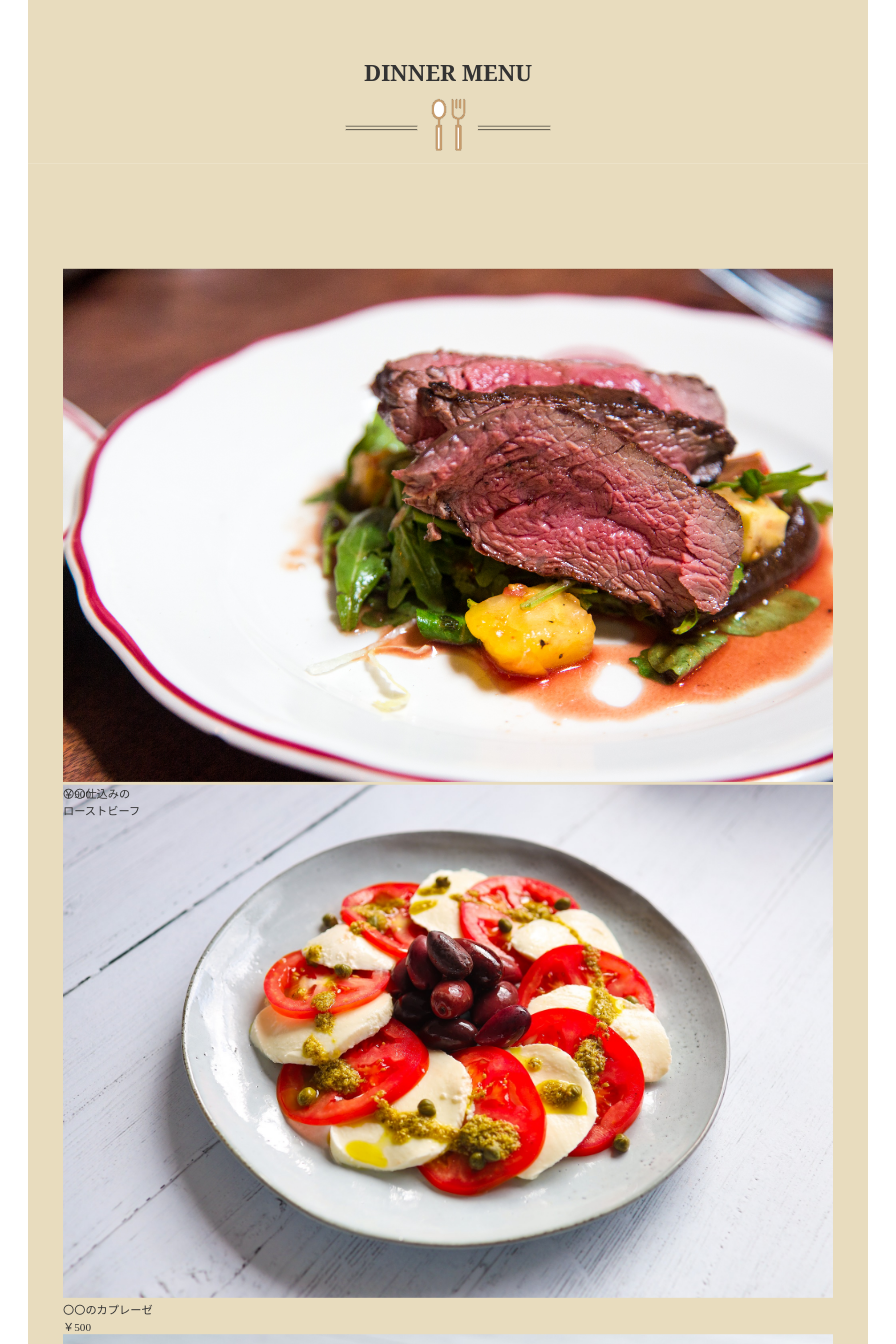
Repository: konatsu-0806/demo-site
Page: FromFigma/index.html
The author's editor kept a copy of each file at every save. The page is drawn from the files as they stood at one save, then again after a run of saves.
The browser window is 1280 px wide. The pictures show the part of the page from y = 3410 to 5330 px (the page is 7699 px tall), at 70% of full size.

Above is the page before, as saved 2023-02-13 17:15:02.

After the next 6 saves:
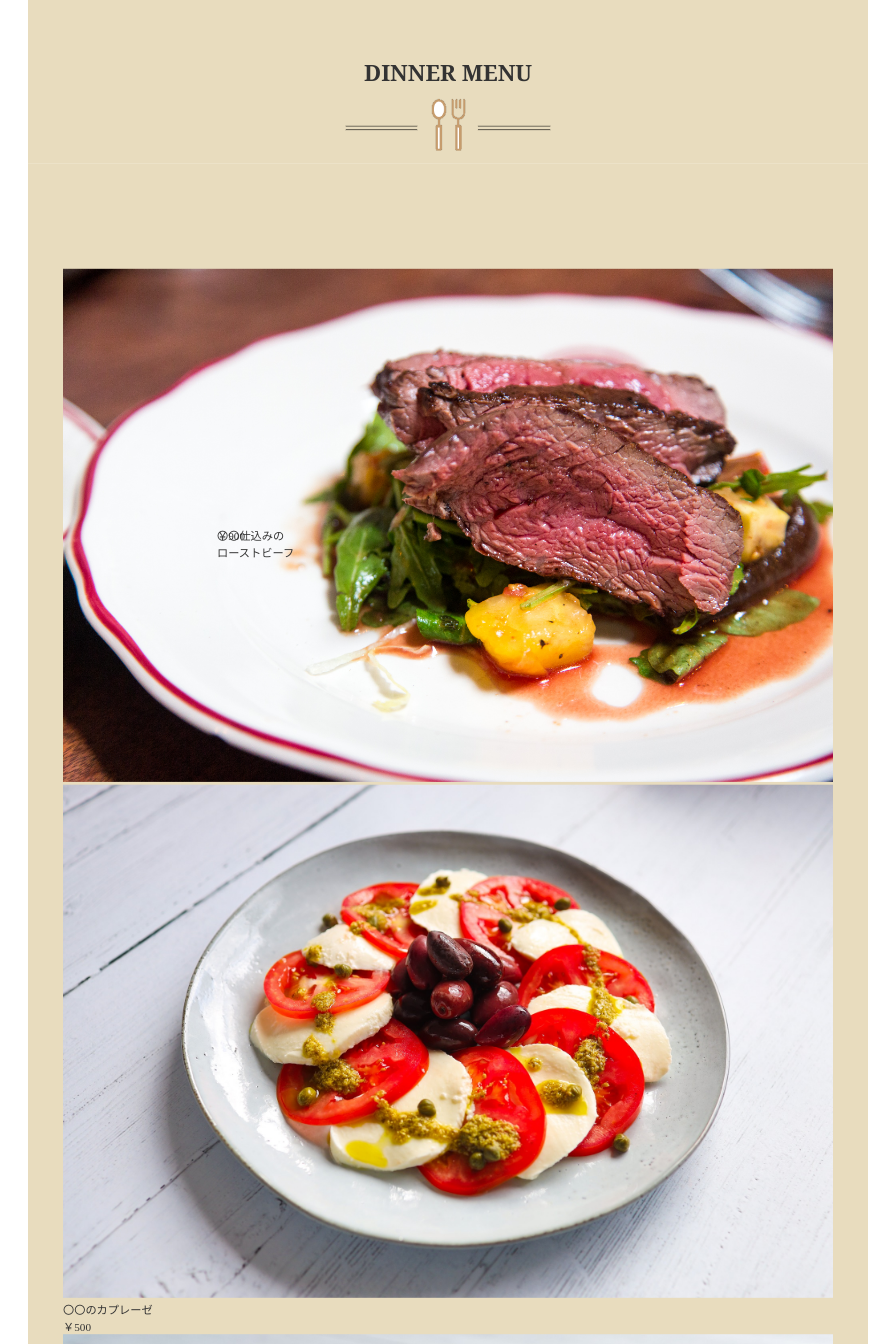
The 6 saves are shown as one change because they came seconds apart.
The last was saved 17 s later.
--- a/FromFigma/css/style.css
+++ b/FromFigma/css/style.css
@@ -395,6 +395,6 @@ img {
 }
 .dish1 p {
     position: absolute;
-    top: ;
-    left: 0;
-}
+    top: 50%;
+    left:20%;
+}
